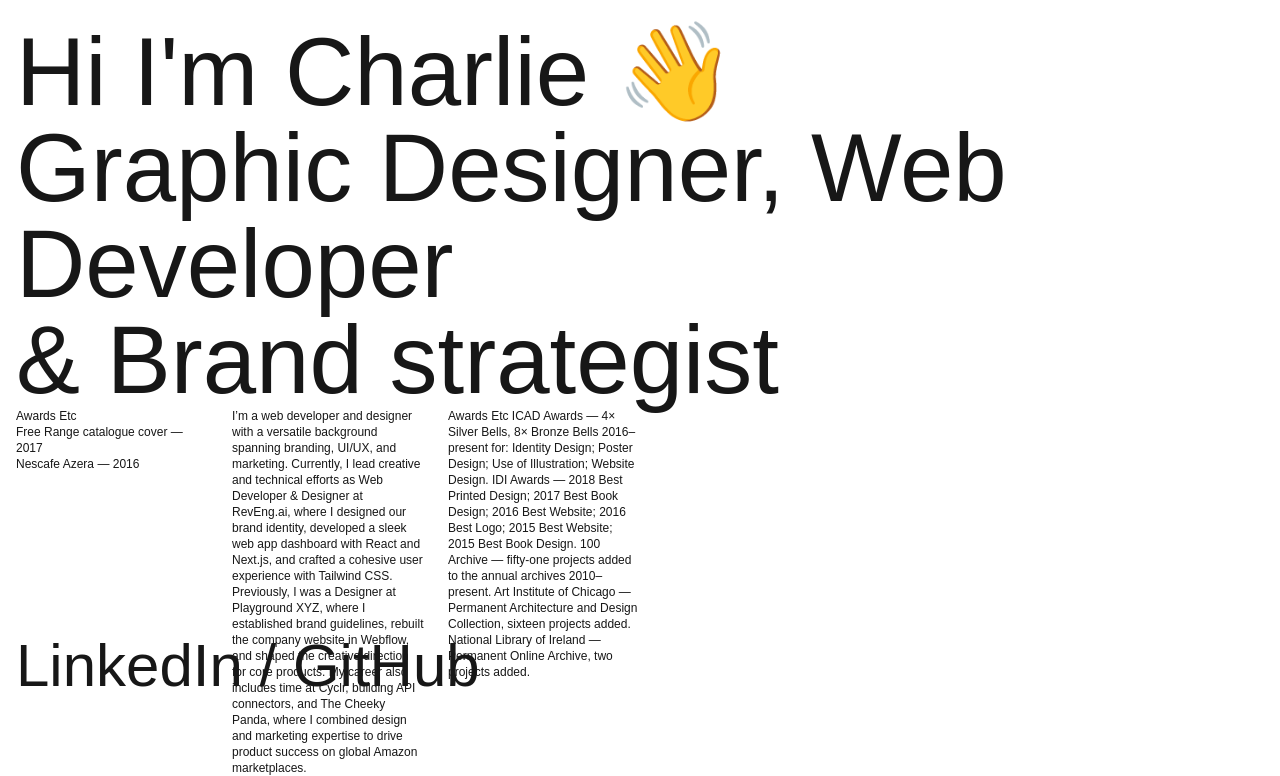
Repository: charlehs/portfolio
Page: /
These files come from the project's save history. The page is drawn as it stood at one moment and after the next save; the edit follows.
The browser window is 1280 px wide. The pictures show the whole page.
The project was rebuilt for these pictures with package versions that can differ from the ones it lists, and the page was loaded fresh each time. The framework's server and built-in components were replaced by stand-ins that run in the browser. Also part of the build but not shown: next.config.ts.

Above is the page before, as saved 2025-01-02 18:48:30.

After the next save:
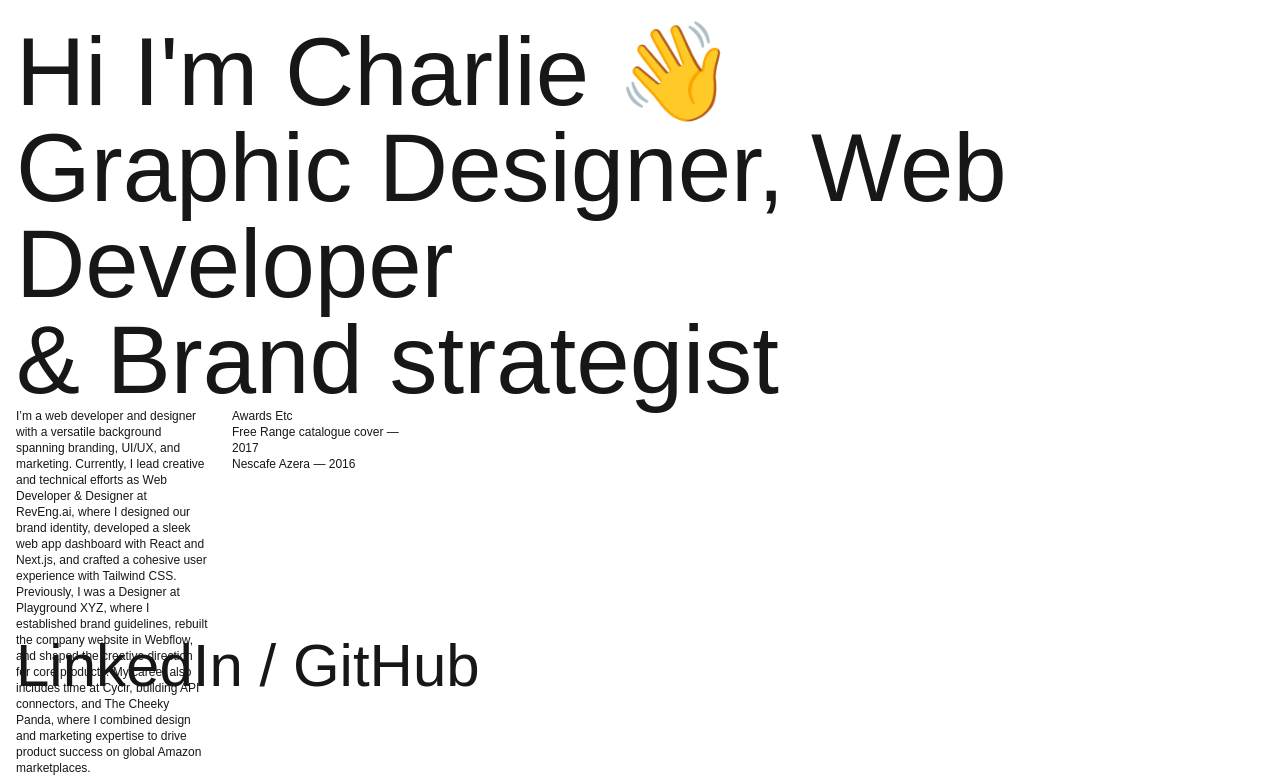
Saved 19 s later.
--- a/app/page.tsx
+++ b/app/page.tsx
@@ -15,6 +15,20 @@ export default function Home() {
           </p>
         </div>
         <div className="grid grid-cols-3  text-xs max-w-[50%] gap-6">
+          <p>
+            I’m a web developer and designer with a versatile background
+            spanning branding, UI/UX, and marketing. Currently, I lead creative
+            and technical efforts as Web Developer & Designer at RevEng.ai,
+            where I designed our brand identity, developed a sleek web app
+            dashboard with React and Next.js, and crafted a cohesive user
+            experience with Tailwind CSS. Previously, I was a Designer at
+            Playground XYZ, where I established brand guidelines, rebuilt the
+            company website in Webflow, and shaped the creative direction for
+            core products. My career also includes time at Cyclr, building API
+            connectors, and The Cheeky Panda, where I combined design and
+            marketing expertise to drive product success on global Amazon
+            marketplaces.
+          </p>
           <div>
             <h3>Awards Etc </h3>
             <a
@@ -32,31 +46,6 @@ export default function Home() {
               <p>Nescafe Azera — 2016</p>
             </a>
           </div>
-          <p>
-            I’m a web developer and designer with a versatile background
-            spanning branding, UI/UX, and marketing. Currently, I lead creative
-            and technical efforts as Web Developer & Designer at RevEng.ai,
-            where I designed our brand identity, developed a sleek web app
-            dashboard with React and Next.js, and crafted a cohesive user
-            experience with Tailwind CSS. Previously, I was a Designer at
-            Playground XYZ, where I established brand guidelines, rebuilt the
-            company website in Webflow, and shaped the creative direction for
-            core products. My career also includes time at Cyclr, building API
-            connectors, and The Cheeky Panda, where I combined design and
-            marketing expertise to drive product success on global Amazon
-            marketplaces.
-          </p>
-          <p>
-            Awards Etc ICAD Awards — 4× Silver Bells, 8× Bronze Bells
-            2016–present for: Identity Design; Poster Design; Use of
-            Illustration; Website Design. IDI Awards — 2018 Best Printed Design;
-            2017 Best Book Design; 2016 Best Website; 2016 Best Logo; 2015 Best
-            Website; 2015 Best Book Design. 100 Archive — fifty-one projects
-            added to the annual archives 2010–present. Art Institute of Chicago
-            — Permanent Architecture and Design Collection, sixteen projects
-            added. National Library of Ireland — Permanent Online Archive, two
-            projects added.
-          </p>
         </div>
       </main>
       <footer className=" ">
